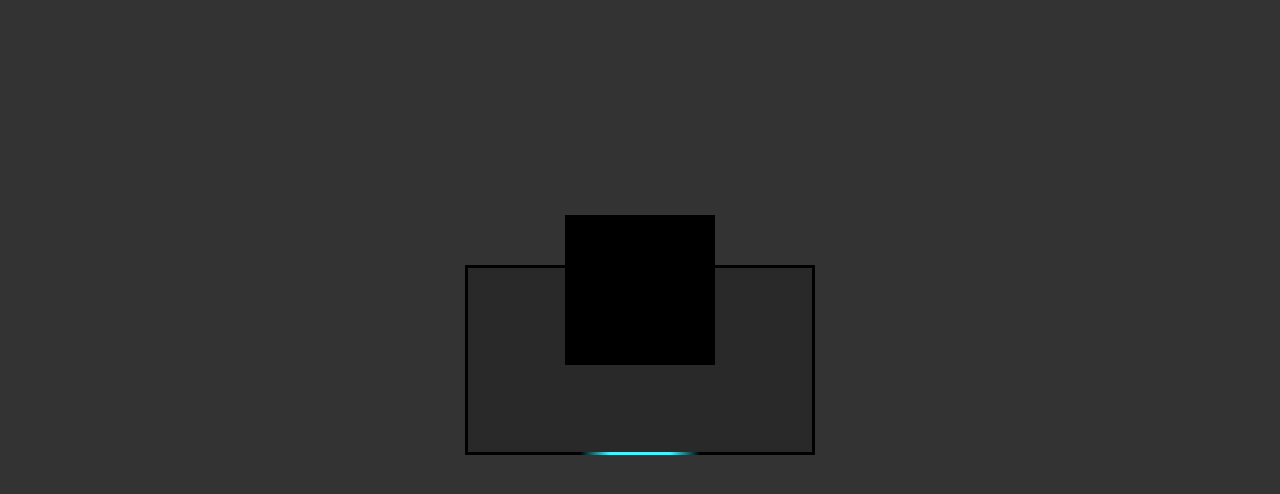
Repository: SeungYn/Javascript-study-toy
Page: profile-card/index.html
The author's editor kept a copy of each file at every save. The page is drawn from the files as they stood at one save, then again after the next save.
The browser window is 1280 px wide. The pictures show the whole page.

Above is the page before, as saved 2023-01-12 15:40:02.

After the next save:
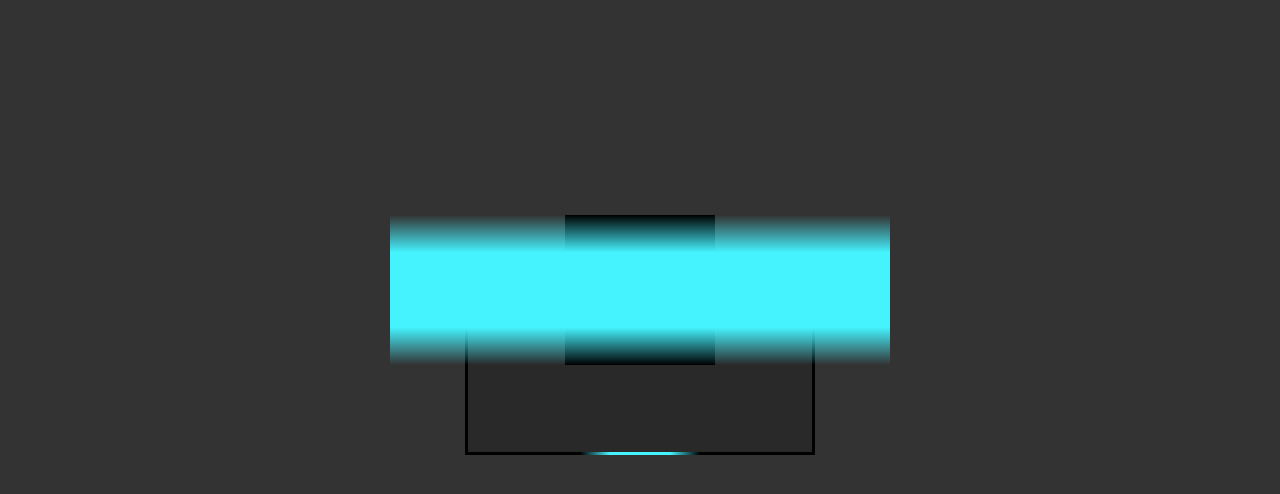
Saved 16 s later.
--- a/profile-card/style.css
+++ b/profile-card/style.css
@@ -91,6 +91,8 @@ body {
   position: absolute;
   top: 50%;
   left: 50%;
+  width: 500px;
+  height: 150px;
   transform: translate(-50%, -50%);
   background: linear-gradient(
     transparent,
